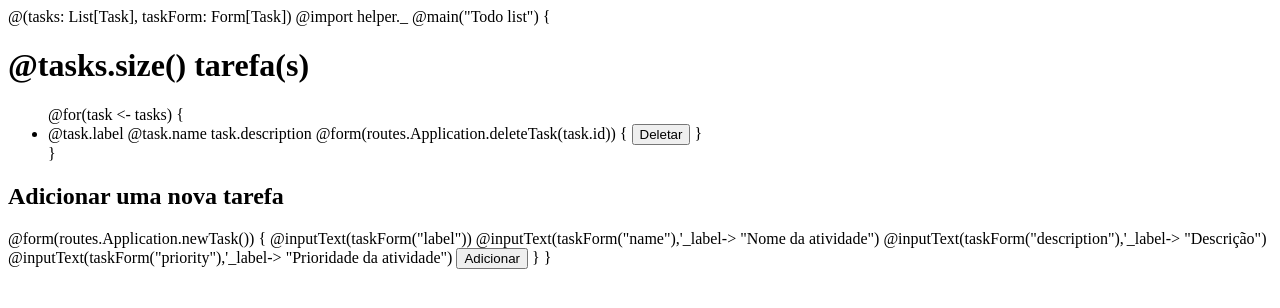
Repository: analuizamtg/si1
Page: lab2/todolist/.target/views/index.scala.html
The author's editor kept a copy of each file at every save. The page is drawn from the files as they stood at one save, then again after the next save.
The browser window is 1280 px wide. The pictures show the whole page.

Above is the page before, as saved 2013-11-25 16:49:30.

After the next save:
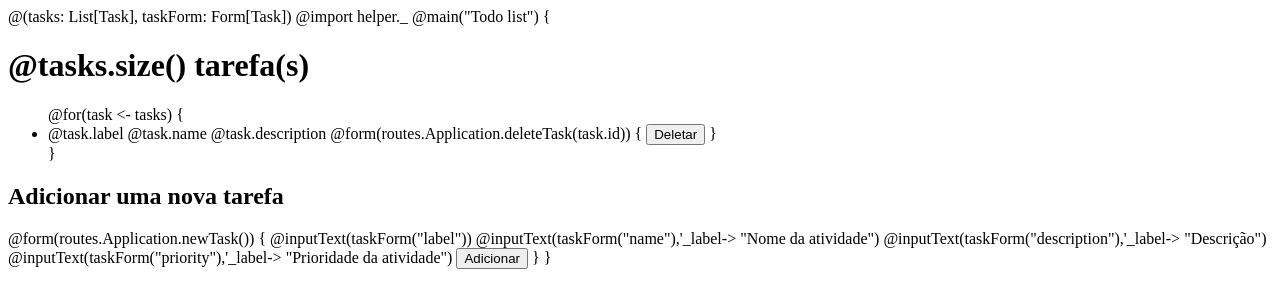
Saved 9 s later.
--- a/lab2/todolist/.target/views/index.scala.html
+++ b/lab2/todolist/.target/views/index.scala.html
@@ -11,7 +11,7 @@
             <li>
                 @task.label
                 @task.name
-                task.description
+                @task.description
 
                 @form(routes.Application.deleteTask(task.id)) {
                     <input type="submit" value="Deletar">
